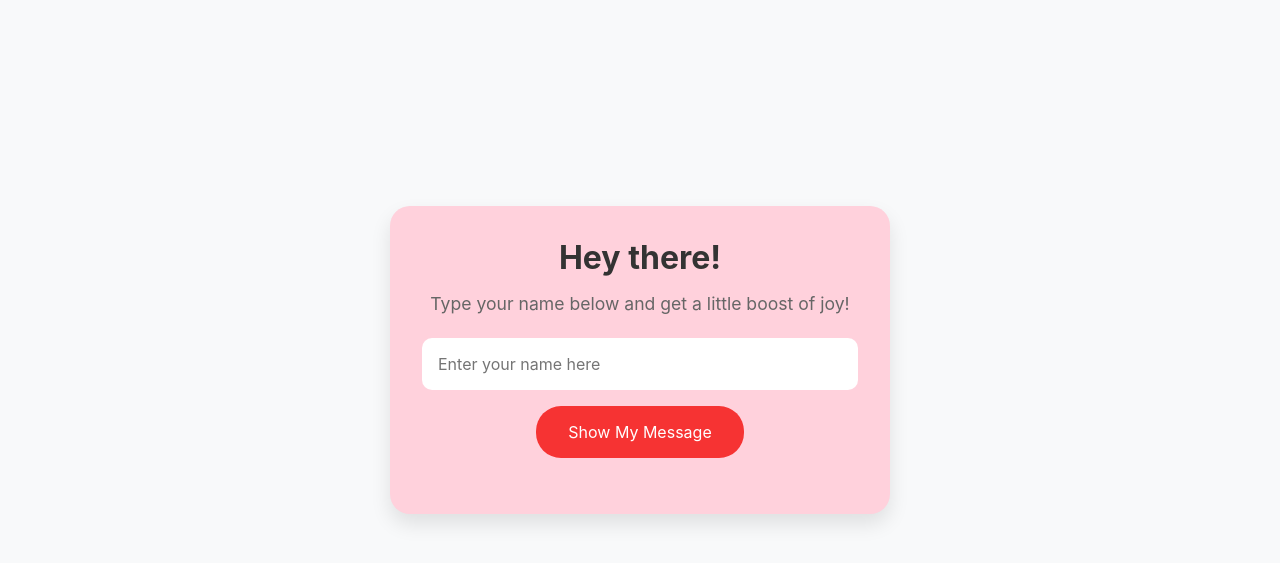
Repository: joelojieabu/biblicalWordsOfEncouragement
Page: biblicalWordsOfEncouragement.html
The author's editor kept a copy of each file at every save. The page is drawn from the files as they stood at one save, then again after the next save.
The browser window is 1280 px wide. The pictures show the whole page.

Above is the page before, as saved 2024-12-26 12:39:11.

After the next save:
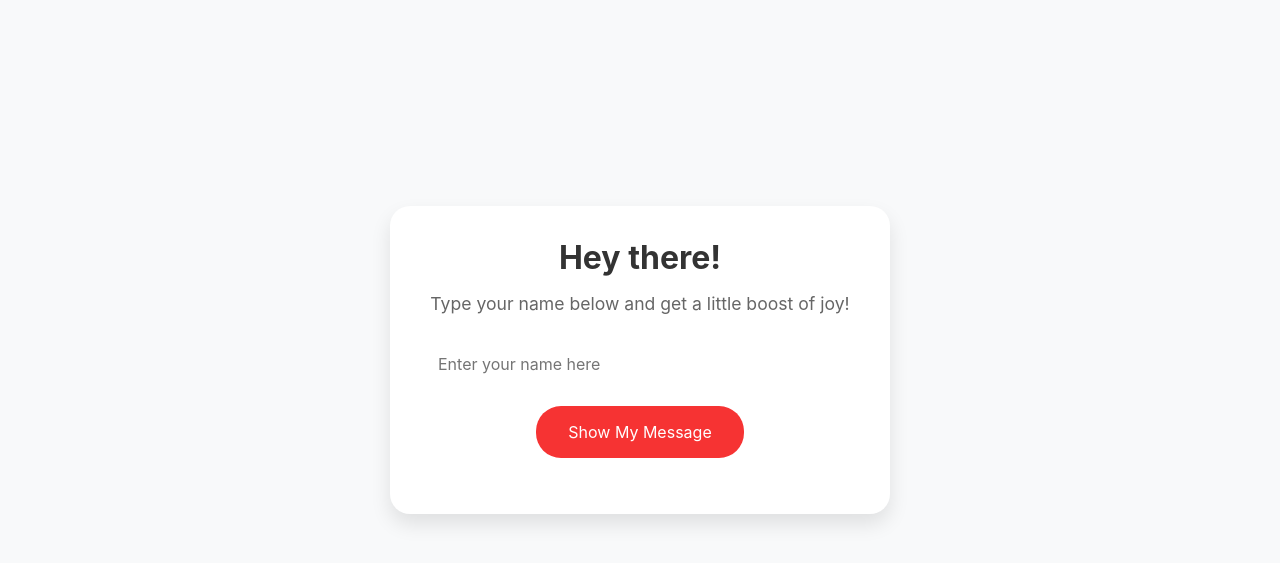
Saved 19 s later.
--- a/biblicalWordsOfEncouragement.html
+++ b/biblicalWordsOfEncouragement.html
@@ -22,7 +22,7 @@
       }
 
       .card {
-        background-color: #ffd1dc;
+        background-color: #fff;
         padding: 2rem;
         border-radius: 20px;
         box-shadow: 0 10px 20px rgba(0, 0, 0, 0.1);
